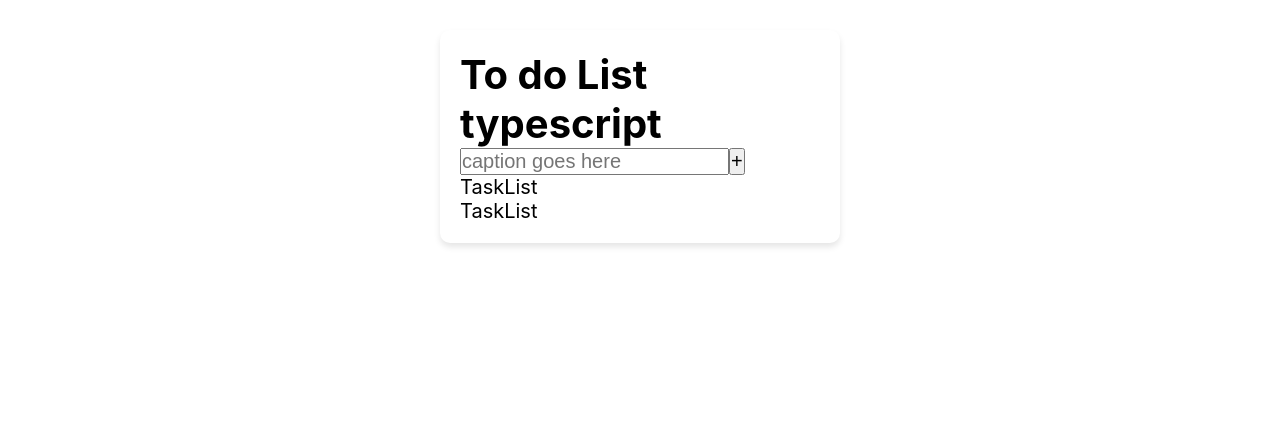
Repository: hungdomanh95/focus
Page: /
An editor plug-in stored every save of this project. The page is shown before and after the next save, followed by the edit.
The browser window is 1280 px wide. The pictures show the whole page.
The project was rebuilt for these pictures with package versions that can differ from the ones it lists, and the page was loaded fresh each time. Also part of the build but not shown: src/components/TaskInput/taskInput.module.scss, src/components/TaskList/taskList.module.scss.

Above is the page before, as saved 2023-04-06 23:21:08.

After the next save:
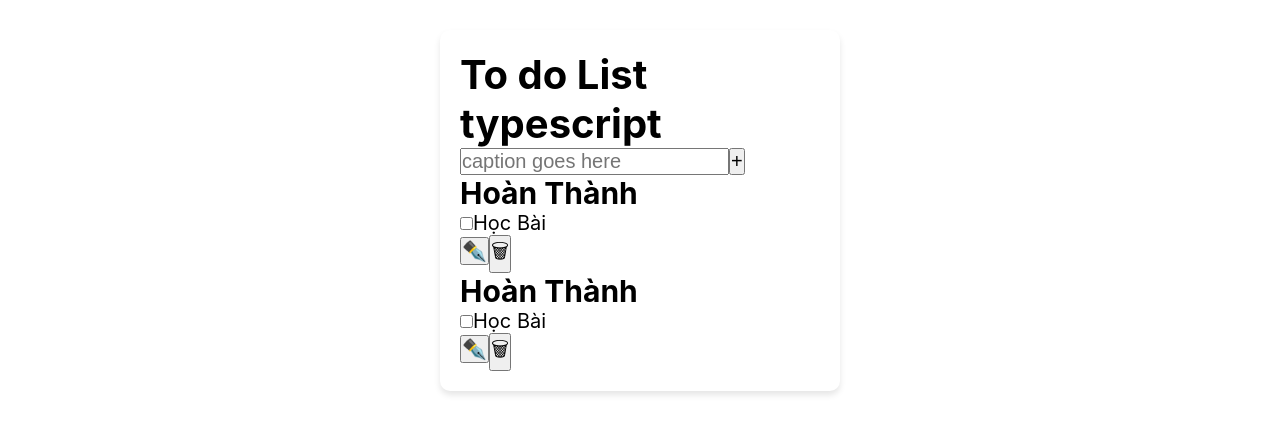
Saved 3 min 2 s later.
--- a/src/components/TaskList/TaskList.tsx
+++ b/src/components/TaskList/TaskList.tsx
@@ -1,8 +1,20 @@
 import React from 'react'
-import styles from "./taskList.module.scss"
+import styles from './taskList.module.scss'
 function TaskList() {
   return (
-    <div>TaskList</div>
+    <div>
+      <h2 className='styles.title'>Hoàn Thành</h2>
+      <div className={styles.tasks}>
+        <div className={styles.task}>
+          <input type='checkbox' />
+          <span className={styles.taskName}>Học Bài</span>
+          <div className={styles.taskAction}>
+            <button className={styles.taskBtn}>✒️</button>
+            <button className={styles.taskBtn}>🗑</button>
+          </div>
+        </div>
+      </div>
+    </div>
   )
 }
 
